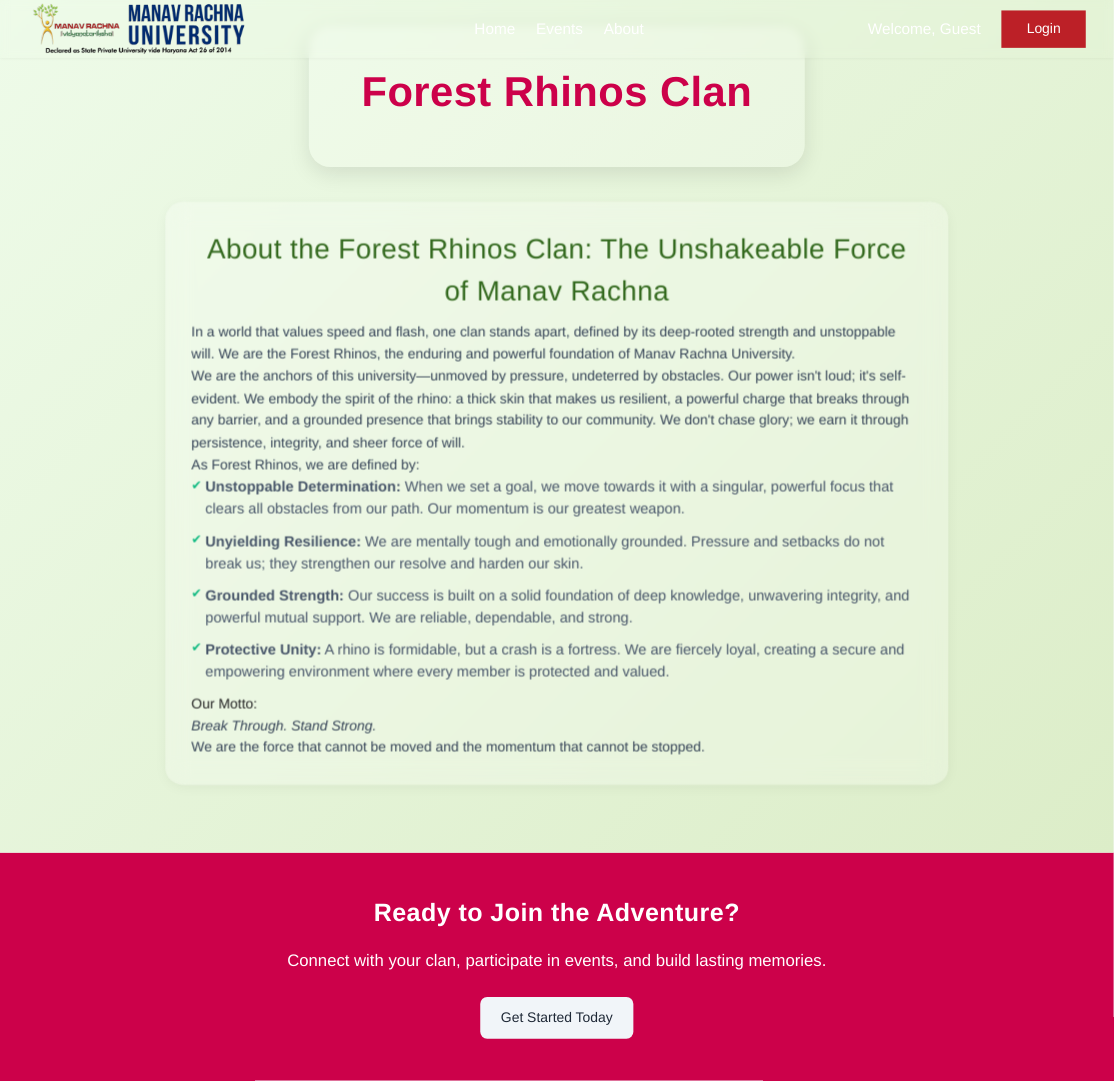
Repository: Aman-Sharma-Dev01/Clan-Event-Manager-0.1
Page: /forest-rhinos-page (app in Frontend/)
An editor plug-in stored every save of this project. The page is shown before and after the next save, followed by the edit.
The browser window is 1280 px wide. The pictures show the whole page, at 87% of full size.
The page's requests for data from a server got no answer. The project was rebuilt for these pictures with package versions that can differ from the ones it lists, and the page was loaded fresh each time. No one was signed in, and anything a server would have sent is missing. Also part of the build but not shown: Frontend/vite.config.js, Frontend/src/components/Login/Login.jsx, Frontend/src/components/About/About.jsx, Frontend/src/components/Dashboard/Dashboard.jsx, Frontend/src/components/HeroSection/HeroSection.css, Frontend/src/components/HeroSection/HeroSection.jsx, Frontend/src/components/ClanLogoSection/ClanLogoSection.css, Frontend/src/components/ClanLogoSection/ClanLogoSection.jsx and 26 more.

Above is the page before, as saved 2025-07-30 10:54:40.

### Frontend/index.html
<!doctype html>
<html lang="en">
  <head>
    <meta charset="UTF-8" />
    <link rel="icon" type="image/svg+xml" href="/download (1).png" />
    <meta name="viewport" content="width=device-width, initial-scale=1.0" />
    <title>Clan Event Manager</title>
  </head>
  <body>
    <div id="root"></div>
    <script type="module" src="/src/main.jsx"></script>
  </body>
</html>

### Frontend/src/main.jsx

import { createRoot } from 'react-dom/client'
import './index.css'
import App from './App.jsx'
import {BrowserRouter} from "react-router-dom";
import { AuthProvider } from './Context/AuthProvider.jsx';
createRoot(document.getElementById('root')).render(



  <BrowserRouter>
  <AuthProvider>
    <App />
  </AuthProvider>
  </BrowserRouter>
)

### Frontend/src/index.css
*{
  margin: 0;
  padding: 0;
  box-sizing: border-box;
  font-family: Helvetica, sans-serif
}
html, body {
  scroll-behavior: smooth;
}

### Frontend/src/Context/AuthProvider.jsx
import axios from "axios";
import React, { createContext, useContext, useEffect, useState } from "react";
import { BACKEND_URL } from "../components/utils";

export const AuthContext = createContext();

export const AuthProvider = ({ children }) => {
  const [events, setEvents] = useState();
  const [profile, setProfile] = useState();
  const [isAuthenticated, setIsAuthenticated] = useState(false);

  useEffect(() => {
    const fetchProfile = async () => {
      try {
        // token should be let type variable because its value will change in every login. (in backend also)
        let token = localStorage.getItem("jwt"); // Retrieve the token directly from the localStorage (Go to login.jsx)
        // console.log(token);
        if (token) {
          const { data } = await axios.get(
            `${BACKEND_URL}/api/users/get-my-profile`,
            {
              withCredentials: true,
              headers: {
                "Content-Type": "application/json",
              },
            }
          );
          console.log(data.user);
          setProfile(data);
          setIsAuthenticated(true);
        }
      } catch (error) {
        console.log(error);
      }
    };

    const fetchEvents = async () => {
      try {
        const { data } = await axios.get(
          `${BACKEND_URL}/api/event/allevents`,
          { withCredentials: true }
        );
        console.log(data);
        setEvents(data.events);
      } catch (error) {
        console.log(error);
      }
    };

    fetchEvents();
    fetchProfile();
  }, []);

  return (
    <AuthContext.Provider
      value={{
        events,
        profile,
        setProfile,
        isAuthenticated,
        setIsAuthenticated,
      }}
    >
      {children}
    </AuthContext.Provider>
  );
};

export const useAuth = () => useContext(AuthContext);

### Frontend/src/components/Footer/Footer.jsx
import React from "react";
import "./Footer.css";
import { useNavigate } from "react-router-dom";
const Footer = () => {
  const navigate = useNavigate();
  const toAbout = () => {
    navigate("/about");
  };
  return (
    <footer className="footer-cta">
      <h2>Ready to Join the Adventure?</h2>
      <p>Connect with your clan, participate in events, and build lasting memories.</p>
      <a href="#all-winners"><button className="cta-btn">Get Started Today</button></a>
    </footer>
  );
};

export default Footer;

### Frontend/src/components/KnowYourClan/ForestRhinosPage.jsx
import React from "react";
import "./ForestRhinosPage.css";

const ForestRhinosPage = () => {
  return (
    <div className="forest-container">
      <div className="forest-hero">
        <h1>Forest Rhinos Clan</h1>

      </div>

      <div className="forest-content">
        <section className="forest-about">

<h2>About the Forest Rhinos Clan: The Unshakeable Force of Manav Rachna</h2>

      <p>
        In a world that values speed and flash, one clan stands apart, defined by its deep-rooted strength and unstoppable will. We are the Forest Rhinos, the enduring and powerful foundation of Manav Rachna University.
      </p>

      <p>
        We are the anchors of this university—unmoved by pressure, undeterred by obstacles. Our power isn't loud; it's self-evident. We embody the spirit of the rhino: a thick skin that makes us resilient, a powerful charge that breaks through any barrier, and a grounded presence that brings stability to our community. We don't chase glory; we earn it through persistence, integrity, and sheer force of will.
      </p>

      <p>
        As Forest Rhinos, we are defined by:
      </p>

      <ul>
        <li>
          <strong>Unstoppable Determination:</strong> When we set a goal, we move towards it with a singular, powerful focus that clears all obstacles from our path. Our momentum is our greatest weapon.
        </li>
        <li>
          <strong>Unyielding Resilience:</strong> We are mentally tough and emotionally grounded. Pressure and setbacks do not break us; they strengthen our resolve and harden our skin.
        </li>
        <li>
          <strong>Grounded Strength:</strong> Our success is built on a solid foundation of deep knowledge, unwavering integrity, and powerful mutual support. We are reliable, dependable, and strong.
        </li>
        <li>
          <strong>Protective Unity:</strong> A rhino is formidable, but a crash is a fortress. We are fiercely loyal, creating a secure and empowering environment where every member is protected and valued.
        </li>
      </ul>

      <h3 className="motto-heading">Our Motto:</h3>
      <p className="motto-text">
        <em>Break Through. Stand Strong.</em>
      </p>

      <p>
        We are the force that cannot be moved and the momentum that cannot be stopped.
      </p>


        </section>




      </div>
    </div>
  );
};

export default ForestRhinosPage;

### Frontend/src/ScrollToTop.jsx
import { useEffect } from "react";
import { useLocation } from "react-router-dom";

const ScrollToTop = () => {
  const { pathname } = useLocation();

  useEffect(() => {
    window.scrollTo({ top: 0, behavior: "instant" });
  }, [pathname]);

  return null;
};

export default ScrollToTop;

### Frontend/src/components/Navbar/Navbar.css
.navbar {
  display: flex;
  align-items: center;
  justify-content: space-between;
  padding: 1rem 2rem;
  background-color: transparent;
  backdrop-filter: blur(5px);
  width: 100%;
  height: 9.3vh;
  box-shadow: 0 1px 4px rgba(0, 0, 0, 0.05);
  top: 0;
  z-index: 1000;
  position: absolute;
}

.navbar-left {
  display: flex;
  align-items: center;
  gap: 1rem;
}

.logo-img {
  height: 70px;
  width: auto;
  object-fit: contain;
}

.brand-name {
  font-weight: 700;
  font-size: 1.5rem;
  color: white;
}

.navbar-center,
.navbar-right {
  display: flex;
  align-items: center;
  gap: 1.5rem;
}

.nav-link {
  text-decoration: none;
  color: white;
  font-weight: 500;
  font-size: 1.1rem;
}

.nav-link:hover {
  color: #FCD200;
}

.login-btn , .know-clan {
  background-color: #bc2027;
  color: white;
  padding: 0.6rem 1.8rem;
  border: none;
  font-weight: 500;
  font-size: 1rem;
  cursor: pointer;
  transition: background 0.3s ease;
  text-decoration: none;
}

.login-btn:hover , .know-clan:hover {
  background-color: #FCD200;
  color: black;
}

.hamburger {
  display: none;
  flex-direction: column;
  background: none;
  border: none;
  cursor: pointer;
}

.bar {
  width: 24px;
  height: 3px;
  background-color: black;
  margin: 4px 0;
  transition: 0.3s;
}

/* Sidebar */
.mobile-menu {
  display: none;
}

@media (max-width: 768px) {
  .hamburger {
    display: flex;
  }

  .desktop-menu {
    display: none;
  }

  .mobile-menu {
    display: flex;
    flex-direction: column;
    position: fixed;
    top: 0;
    left: 0;
    height: 100vh;
    width: 250px;
    background: #fff;
    padding: 2rem;
    z-index: 2000;
    transform: translateX(-100%);
    transition: transform 0.3s ease-in-out;
  }

  .mobile-menu.open {
    transform: translateX(0);
  }

  .mobile-menu .nav-link {
    color: #000;
    font-size: 1.2rem;
    margin-bottom: 1rem;
  }

  .mobile-menu .login-btn {
    width: 100%;
    margin-top: 1rem;
  }

  .close-btn {
    align-self: flex-end;
    margin-bottom: 1rem;
  }
}


.dashboard-navbar .nav-link,
.dashboard-navbar .brand-name {
  color: black;
}













/* Dashboard navbar: text black */
.dashboard-navbar {
  position: relative;
}



/* Home navbar: absolute positioning */
.home-navbar {
  position: absolute;
}

### Frontend/src/components/Login/Login.css
/* Login.css */

body {
  margin: 0;
  font-family: 'Inter', sans-serif;
  background-color: #f8fafc;
}

.login-wrapper {
  max-width: 400px;
  margin: 50px auto;
  padding: 0 16px;
  text-align: center;
}

.branding .logo {
  font-size: 32px;
}

.branding .brand-name {
  font-size: 24px;
  font-weight: 700;
  margin: 8px 0 4px;
  color: black;
}

.branding .tagline {
  color: #6b7280;
  font-size: 14px;
  margin-bottom: 24px;
}

.tab-container {
  display: flex;
  border-radius: 8px;
  overflow: hidden;
  margin-bottom: 24px;
  background-color: #f3f4f6;
}

.tab {
  flex: 1;
  padding: 12px;
  text-decoration: none;
  color: #6b7280;
  background-color: #f3f4f6;
  font-weight: 500;
}

.tab.active {
  background-color: #fff;
  color: #111827;
  font-weight: 600;
  border-bottom: 2px solid transparent;
}

.login-form {
  background-color: #fff;
  padding: 24px;
  border-radius: 8px;
  box-shadow: 0 0 0 1px rgba(0,0,0,0.05), 0 1px 3px rgba(0,0,0,0.1);
  text-align: left;
}

.form-heading {
  font-size: 20px;
  font-weight: 700;
  margin-bottom: 4px;
  color: #b22b2e;
}

.subheading {
  font-size: 14px;
  color: #6b7280;
  margin-bottom: 20px;
}

.input-group {
  margin-bottom: 16px;
}

.input-group label {
  display: block;
  font-weight: 500;
  margin-bottom: 4px;
}

.input-group input {
  width: 100%;
  padding: 10px;
  border: 1px solid #d1d5db;
  border-radius: 6px;
  font-size: 14px;
}

.submit-btn {
  width: 100%;
  padding: 12px;
  background-color: #b42d2f;
  color: white;
  border: none;
  border-radius: 6px;
  font-weight: 600;
  cursor: pointer;
  margin-top: 8px;
}

.submit-btn:disabled {
  background-color:#4b5563;
  cursor: not-allowed;
}

.back-home {
  display: block;
  margin-top: 16px;
  text-align: center;
  color: #6b7280;
  font-size: 14px;
  text-decoration: none;
}




.password-wrapper {
  position: relative;
  display: flex;
  align-items: center;
}

.password-wrapper input {
  width: 100%;
  padding-right: 40px; /* space for the eye icon */
}

.eye-icon {
  position: absolute;
  right: 12px;
  cursor: pointer;
  color: #555;
  font-size: 1.1rem;
}
.image{

width:240px;
height:auto
}

### Frontend/src/components/Footer/Footer.css
.footer-cta {
  background-color: #CC014A; /* Deep navy */
  color: #ffffff;
  text-align: center;
  padding: 3rem 1.5rem;
}

.footer-cta h2 {
  font-size: 1.8rem;
  font-weight: 700;
  margin-bottom: 1rem;
  color:white;
}

.footer-cta p {
  color: #fff;
  font-size: 1.2rem;
  margin-bottom: 1.5rem;
}

.cta-btn {
  background-color: #f1f5f9;
  color: #1f2937;
  border: none;
  padding: 0.75rem 1.5rem;
  font-size: 1rem;
  font-weight: 500;
  border-radius: 0.5rem;
  cursor: pointer;
  transition: background 0.3s ease;
}

.cta-btn:hover {
  background-color: #e2e8f0;
}

### Frontend/src/components/EventPage/EventPage.css
.events-container {
  padding: 40px;
  background-color: #f5f8fd;
  font-family: sans-serif;
}

.event-grid {
  display: grid;
  grid-template-columns: repeat(auto-fill, minmax(300px, 1fr));
  gap: 20px;
  margin-top: 20px;
}

.event-card {
  background: #fff;
  border-radius: 10px;
  padding: 20px;
  cursor: pointer;
  transition: transform 0.2s ease;
  box-shadow: 0 4px 8px rgba(0, 0, 0, 0.08);
  height: auto; /* ✅ Fixed height for uniformity */
  display: flex;
  flex-direction: column;
  justify-content: space-between;
  overflow: hidden;
}

.event-card:hover {
  transform: scale(1.03);
}

.badge-container {
  display: flex;
  gap: 10px;
  margin-bottom: 10px;
}

.clan-default {
  background-color: #b22b2e;
}

.badge {
  padding: 5px 10px;
  border-radius: 12px;
  font-size: 12px;
  font-weight: bold;
  color: white;
}

.clan-phoenix {
  background-color: #e74c3c;
}
.clan-dragon {
  background-color: #2ecc71;
}
.clan-wolf {
  background-color: #3498db;
}
.clan-eagle {
  background-color: #f39c12;
}

.status-upcoming {
  background-color: #0dace5;
}
.status-completed {
  background-color: #7f8c8d;
}

.badge.UPCOMING {
  background-color: #bc2027;
  color: white;
}

.badge.COMPLETED {
  background-color: #0dace5;
  color: white;
}

.event-poster {
  width: 100%;
  height: 160px; /* Fixed height for all posters */
  object-fit: contain; /* ✅ Ensures image fills the box without stretching */
  border-radius: 8px;
  margin-top: 10px;
  display: block;
  background-color: #f9f9f9;
}



h3 {
  font-size: 18px;
  margin: 12px 0 8px;
  font-weight: bold;
  color: #222;
}

.description {
  font-size: 14px;
  color: #555;
  margin-bottom: 10px;
  flex-grow: 1;
  overflow: hidden;
  display: -webkit-box;
  -webkit-line-clamp: 3; /* ✅ Limit to 3 lines */
  -webkit-box-orient: vertical;
  text-overflow: ellipsis;
}

.info {
  font-size: 14px;
  margin-top: 10px;
  color: #555;
  flex-shrink: 0;
}

.prize {
  font-size: 14px;
  color: #333;
  margin-top: 10px;
  flex-shrink: 0;
}

### Frontend/src/components/KnowYourClan/WaterSharksPage.css
/* WaterSharks.css */

body {
  margin: 0;
  font-family: "Segoe UI", Tahoma, Geneva, Verdana, sans-serif;

}

.watersharks-container {
  min-height: 100vh;
  display: flex;
  flex-direction: column;
  align-items: center;
  padding: 30px;
  background: linear-gradient(135deg, #e0f7fa40, #a7ffeb30);
  backdrop-filter: blur(10px);
}

.watersharks-hero {
  background: rgba(255, 255, 255, 0.15);
  padding: 40px 60px;
  border-radius: 25px;
  box-shadow: 0 8px 25px rgba(0, 0, 0, 0.1);
  text-align: center;
  color: #0a2540;
  margin-bottom: 40px;
}

.watersharks-hero h1 {
  font-size: 3rem;
  font-weight: 800;
  margin-bottom: 10px;
}

.watersharks-hero p {
  font-size: 1.2rem;
  font-weight: 500;
}

.watersharks-content {
  width: 100%;
  max-width: 900px;
  display: grid;
  gap: 40px;
}

.watersharks-about,
.watersharks-events,
.watersharks-join {
  background: rgba(255, 255, 255, 0.25);
  padding: 30px;
  border-radius: 20px;
  box-shadow: 0 4px 15px rgba(0, 0, 0, 0.05);
  color: #093b5c;
}

.watersharks-about h2,
.watersharks-events h2,
.watersharks-join h2 {
  font-size: 2rem;
  margin-bottom: 10px;
  color: #01579b;
}

.watersharks-about p,
.watersharks-join p {
  font-size: 1rem;
  line-height: 1.6;
}

.watersharks-events ul {
  list-style: none;
  padding-left: 0;
}

.watersharks-events li {
  margin-bottom: 10px;
  font-size: 1.05rem;
  background: rgba(255, 255, 255, 0.3);
  padding: 10px 15px;
  border-radius: 10px;
  transition: transform 0.2s ease;
}

.watersharks-events li:hover {
  transform: scale(1.02);
  background: rgba(255, 255, 255, 0.4);
}

.join-button {
  background: #0277bd;
  color: #fff;
  padding: 12px 24px;
  border: none;
  border-radius: 12px;
  font-size: 1rem;
  font-weight: 600;
  cursor: pointer;
  margin-top: 10px;
  transition: background 0.3s ease;
}

.join-button:hover {
  background: #01579b;
}

### Frontend/src/components/KnowYourClan/ForestRhinosPage.css
/* ForestRhinos.css */

body {
  margin: 0;
  font-family: "Segoe UI", Tahoma, Geneva, Verdana, sans-serif;

}

.forest-container {
  min-height: 100vh;
  display: flex;
  flex-direction: column;
  align-items: center;
  padding: 30px;
  background: linear-gradient(135deg, #eefbe9, #dcedc8);
  backdrop-filter: blur(8px);
}

.forest-hero {
  background: rgba(255, 255, 255, 0.2);
  padding: 40px 60px;
  border-radius: 25px;
  box-shadow: 0 8px 25px rgba(0, 0, 0, 0.1);
  text-align: center;
  color: #1b3a1b;
  margin-bottom: 40px;
}

.forest-hero h1 {
  font-size: 3rem;
  font-weight: 800;
  margin-bottom: 10px;
}

.forest-hero p {
  font-size: 1.2rem;
  font-weight: 500;
}

.forest-content {
  width: 100%;
  max-width: 900px;
  display: grid;
  gap: 40px;
}

.forest-about,
.forest-events,
.forest-join {
  background: rgba(255, 255, 255, 0.25);
  padding: 30px;
  border-radius: 20px;
  box-shadow: 0 4px 15px rgba(0, 0, 0, 0.05);
  color: #2e4600;
}

.forest-about h2,
.forest-events h2,
.forest-join h2 {
  font-size: 2rem;
  margin-bottom: 10px;
  color: #33691e;
}

.forest-about p,
.forest-join p {
  font-size: 1rem;
  line-height: 1.6;
}

.forest-events ul {
  list-style: none;
  padding-left: 0;
}

.forest-events li {
  margin-bottom: 10px;
  font-size: 1.05rem;
  background: rgba(255, 255, 255, 0.3);
  padding: 10px 15px;
  border-radius: 10px;
  transition: transform 0.2s ease;
}

.forest-events li:hover {
  transform: scale(1.02);
  background: rgba(255, 255, 255, 0.4);
}

.join-button {
  background: #558b2f;
  color: #fff;
  padding: 12px 24px;
  border: none;
  border-radius: 12px;
  font-size: 1rem;
  font-weight: 600;
  cursor: pointer;
  margin-top: 10px;
  transition: background 0.3s ease;
}

.join-button:hover {
  background: #33691e;
}

### Frontend/src/components/KnowYourClan/AirFalconsPage.css
/* AirFalcons.css */

body {
  margin: 0;
  font-family: "Segoe UI", Tahoma, Geneva, Verdana, sans-serif;

}

.airfalcons-container {
  min-height: 100vh;
  display: flex;
  flex-direction: column;
  align-items: center;
  padding: 30px;
  background: linear-gradient(135deg, #e1f5fe50, #b3e5fc40);
  backdrop-filter: blur(10px);
}

.airfalcons-hero {
  background: rgba(255, 255, 255, 0.15);
  padding: 40px 60px;
  border-radius: 25px;
  box-shadow: 0 8px 25px rgba(0, 0, 0, 0.1);
  text-align: center;
  color: #0d47a1;
  margin-bottom: 40px;
}

.airfalcons-hero h1 {
  font-size: 3rem;
  font-weight: 800;
  margin-bottom: 10px;
}

.airfalcons-hero p {
  font-size: 1.2rem;
  font-weight: 500;
}

.airfalcons-content {
  width: 100%;
  max-width: 900px;
  display: grid;
  gap: 40px;
}

.airfalcons-about,
.airfalcons-events,
.airfalcons-join {
  background: rgba(255, 255, 255, 0.25);
  padding: 30px;
  border-radius: 20px;
  box-shadow: 0 4px 15px rgba(0, 0, 0, 0.05);
  color: #0d3c61;
}

.airfalcons-about h2,
.airfalcons-events h2,
.airfalcons-join h2 {
  font-size: 2rem;
  margin-bottom: 10px;
  color: #1565c0;
}

.airfalcons-about p,
.airfalcons-join p {
  font-size: 1rem;
  line-height: 1.6;
}

.airfalcons-events ul {
  list-style: none;
  padding-left: 0;
}

.airfalcons-events li {
  margin-bottom: 10px;
  font-size: 1.05rem;
  background: rgba(255, 255, 255, 0.3);
  padding: 10px 15px;
  border-radius: 10px;
  transition: transform 0.2s ease;
}

.airfalcons-events li:hover {
  transform: scale(1.02);
  background: rgba(255, 255, 255, 0.4);
}

.join-button {
  background: #1976d2;
  color: #fff;
  padding: 12px 24px;
  border: none;
  border-radius: 12px;
  font-size: 1rem;
  font-weight: 600;
  cursor: pointer;
  margin-top: 10px;
  transition: background 0.3s ease;
}

.join-button:hover {
  background: #0d47a1;
}

Loaded but not shown: Frontend/src/components/utils.js (1 lines, source omitted); Frontend/src/components/Society/Rudra/Rudra.css (1048 lines, source omitted); Frontend/src/components/Society/Felicia/Felicia.css (1072 lines, source omitted); Frontend/src/components/Society/Khalbali/Khalbali.css (936 lines, source omitted); Frontend/src/components/Society/Rehnuma/Rehnuma.css (882 lines, source omitted); Frontend/src/components/Society/Athelites/Athelites.css (868 lines, source omitted); Frontend/src/components/Society/Moksh/Moksh.css (893 lines, source omitted); Frontend/src/components/Society/Techsoul/Techsoul.css (831 lines, source omitted); Frontend/src/components/Society/Drishti/Drishti.css (835 lines, source omitted); Frontend/src/components/Society/Noora/Noora.css (830 lines, source omitted); Frontend/src/components/Society/Gamenix/Gamenix.css (742 lines, source omitted); Frontend/src/components/AllWinnersSlideshow/AllWinnersSlideshow.css (305 lines, source omitted); Frontend/src/components/WinnersPhoto/WinnersPhoto.css (188 lines, source omitted); Frontend/src/components/Dashboard/Dashboard.css (299 lines, source omitted); Frontend/src/App.jsx (91 lines, source omitted); Frontend/src/components/Navbar/Navbar.jsx (118 lines, source omitted); Frontend/src/components/About/About.css (233 lines, source omitted); Frontend/src/components/HomePage/Homepage.css (no stored copy; drawn as an empty file)

After the next save:
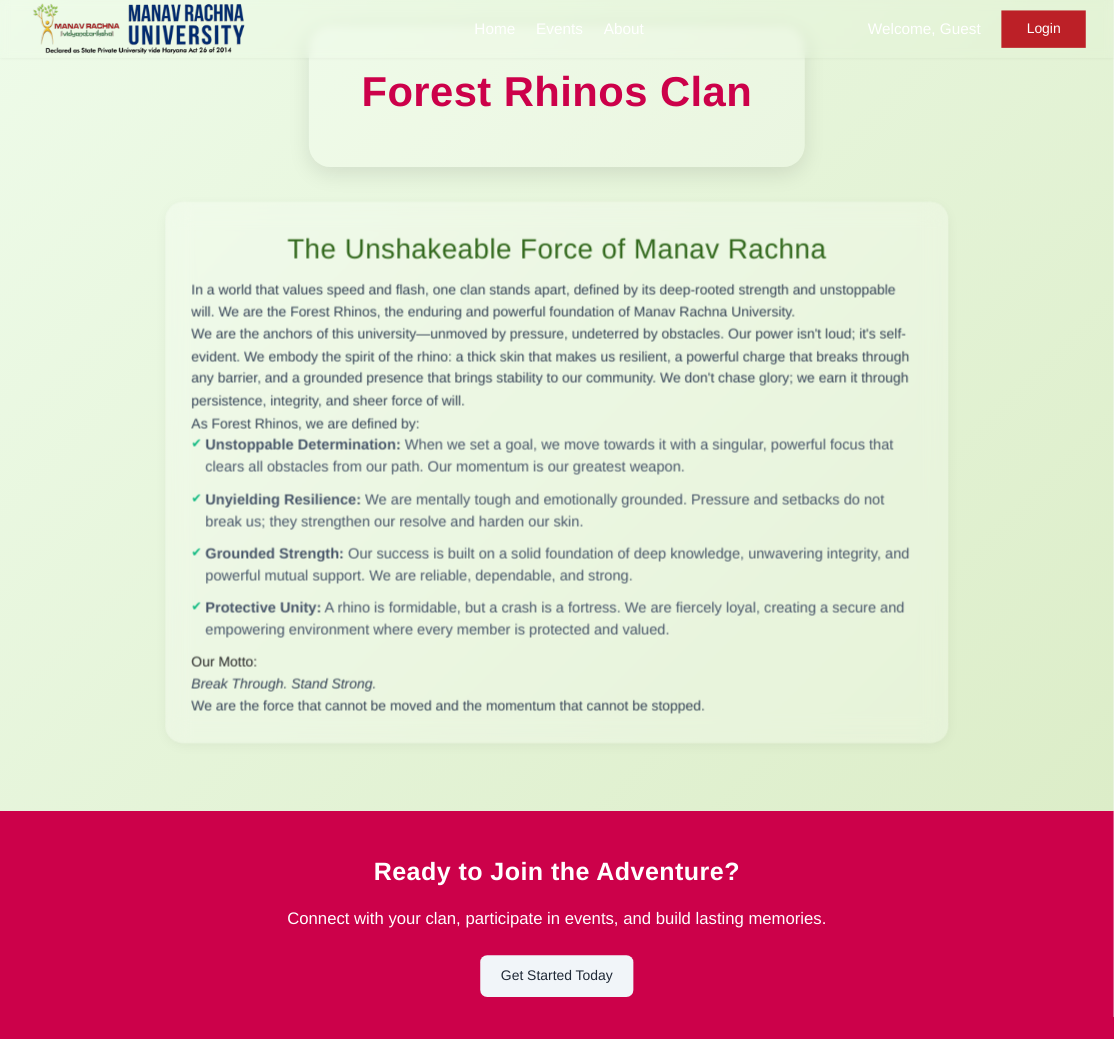
Saved 7 s later.
--- a/Frontend/src/components/KnowYourClan/ForestRhinosPage.jsx
+++ b/Frontend/src/components/KnowYourClan/ForestRhinosPage.jsx
@@ -12,7 +12,7 @@
       <div className="forest-content">
         <section className="forest-about">
 
-<h2>About the Forest Rhinos Clan: The Unshakeable Force of Manav Rachna</h2>
+<h2> The Unshakeable Force of Manav Rachna</h2>
 
       <p>
         In a world that values speed and flash, one clan stands apart, defined by its deep-rooted strength and unstoppable will. We are the Forest Rhinos, the enduring and powerful foundation of Manav Rachna University.
